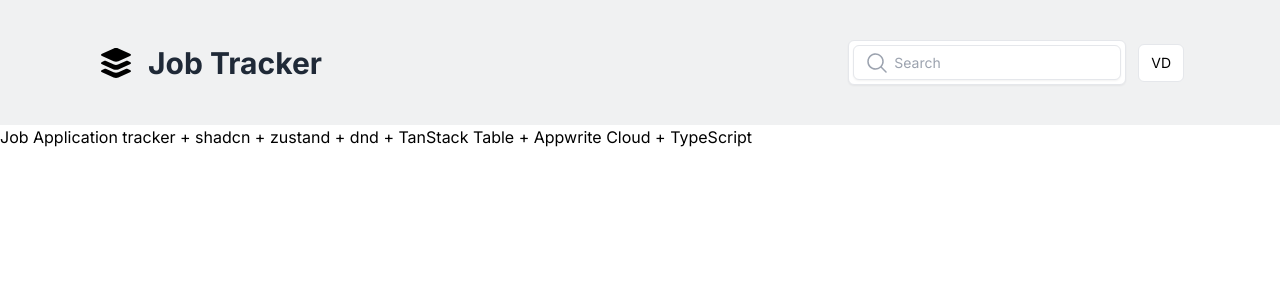
Repository: Vasil1001/job-applications-tracker-nextjs
Page: /
The author's editor kept a copy of each file at every save. The page is drawn from the files as they stood at one save, then again after the next save.
The browser window is 1280 px wide. The pictures show the whole page.
The project was rebuilt for these pictures with package versions that can differ from the ones it lists, and the page was loaded fresh each time. The framework's server and built-in components were replaced by stand-ins that run in the browser. Also part of the build but not shown: next.config.js.

Above is the page before, as saved 2023-06-24 17:43:26.

After the next save:
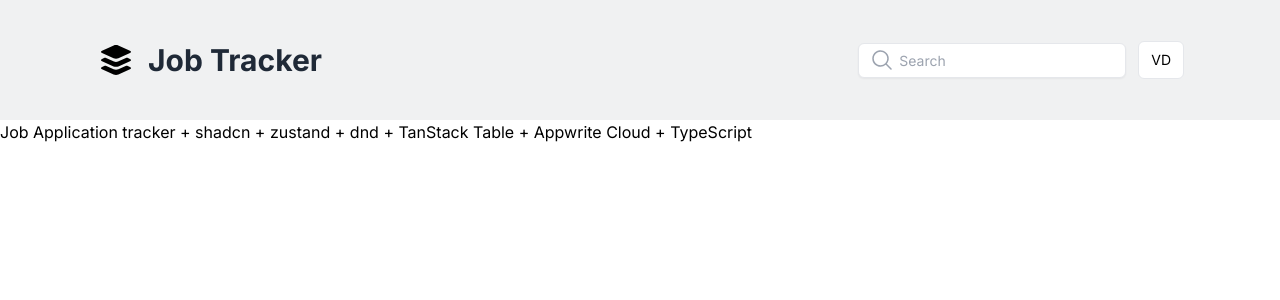
Saved 14 s later.
--- a/components/Header.tsx
+++ b/components/Header.tsx
@@ -32,7 +32,7 @@ export default function Header() {
 
         {/* Search input, button and profile */}
         <div className="flex items-center gap-3 flex-1 justify-end w-full">
-          <form className=" flex items-center p-1 bg-white border shadow-sm focus-visible:outline-none focus-visible:ring-1 focus:ring-gray-400 text-black border-gray-200 text-sm rounded-md hover:border-gray-300 placeholder:text-gray-400 focus:placeholder:text-gray-500 flex-1 md:flex-initial">
+          <form className=" flex items-center  flex-1 md:flex-initial">
             <div className="relative  ">
               <span className="absolute inset-y-0 left-0 flex items-center pl-3">
                 <HiMagnifyingGlass className="w-6 h-6 text-gray-400" />
